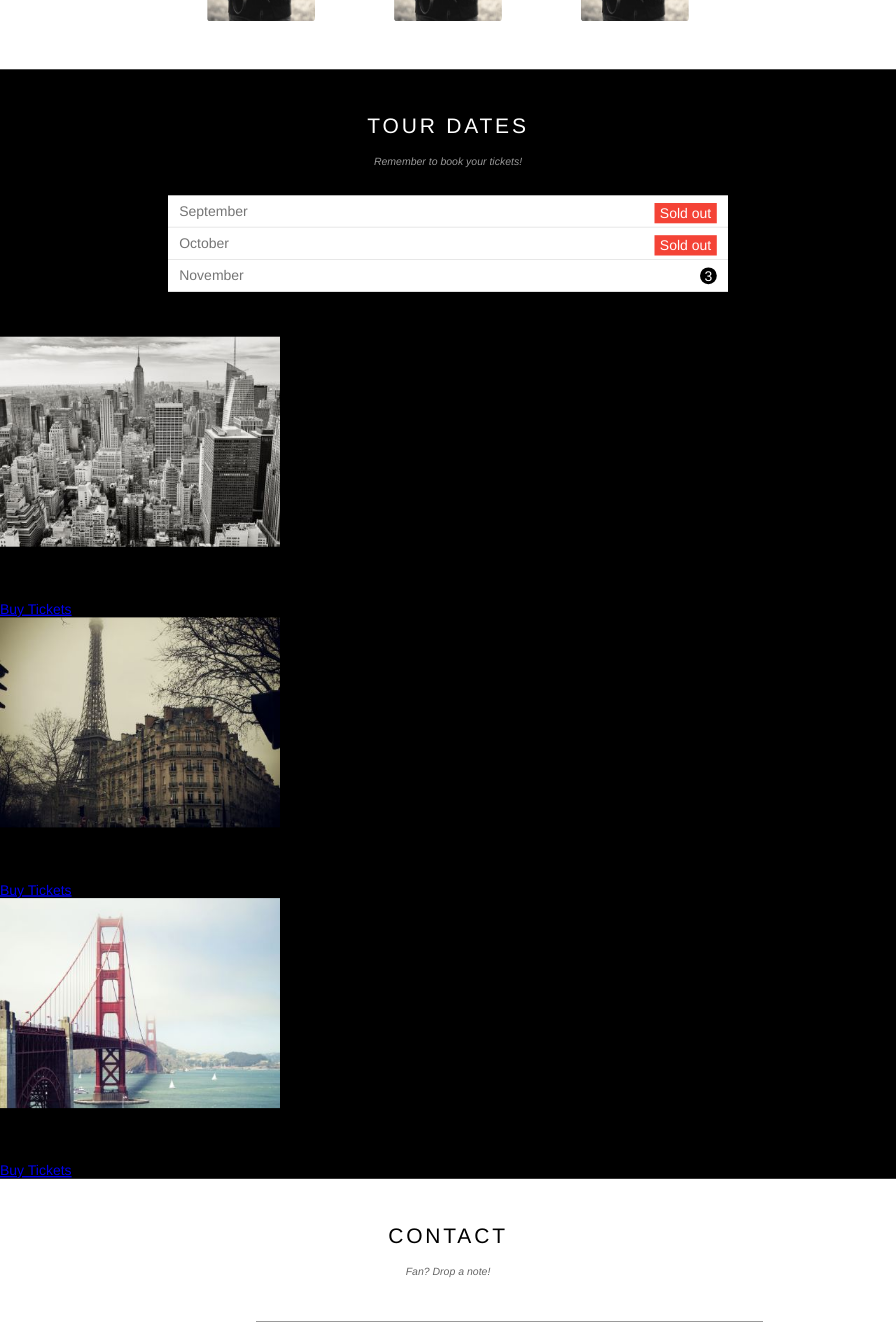
Repository: nugort/nugort.github.io
Page: f8/the-band/index.html
These files come from the project's save history. The page is drawn as it stood at one moment and after the next save; the edit follows.
The browser window is 1280 px wide. The pictures show the part of the page from y = 1190 to 3110 px (the page is 3078 px tall before and 3110 px after), at 70% of full size.
Some web libraries are served in a nearby version.

Above is the page before, as saved 2022-02-08 05:14:33.

After the next save:
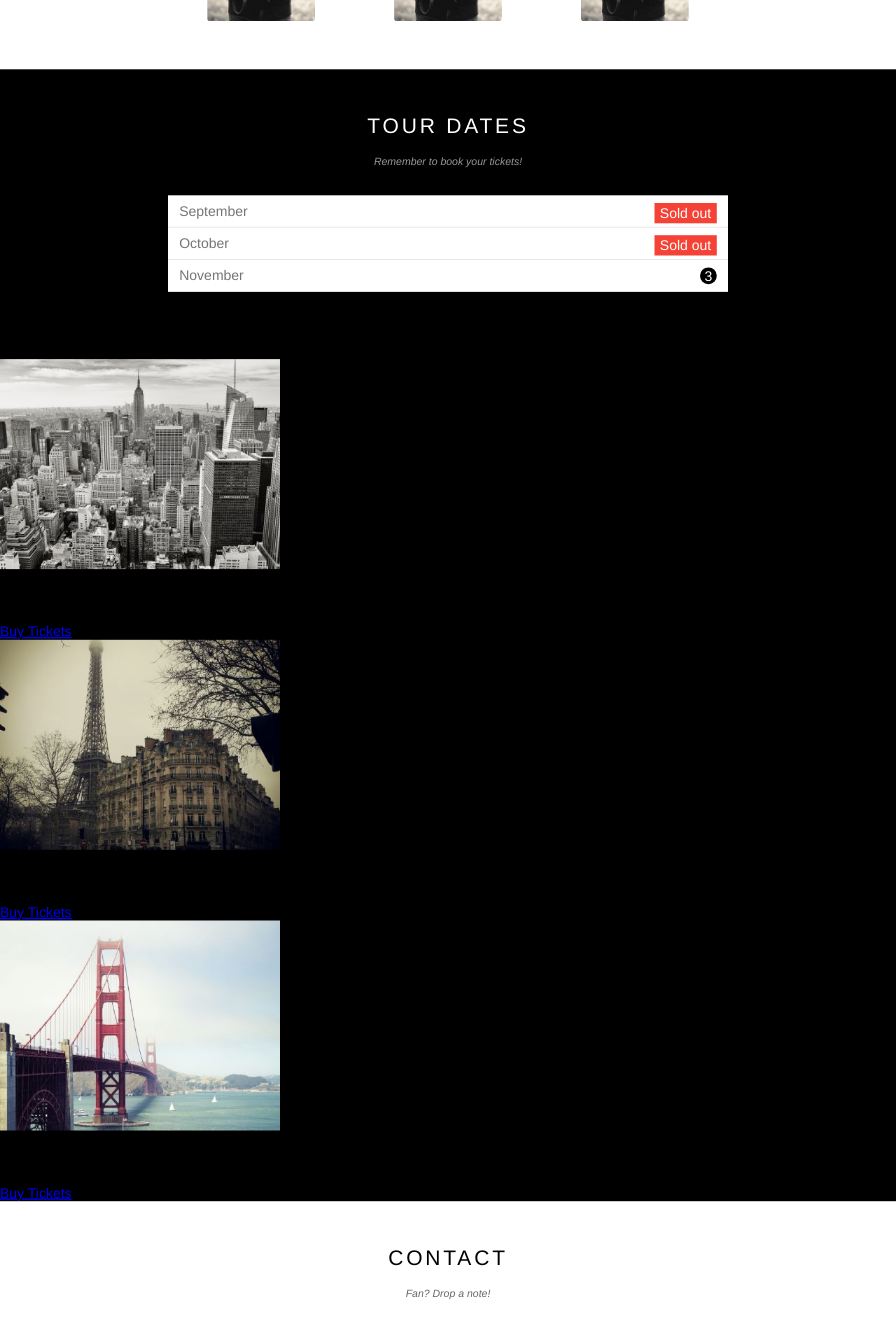
Saved 6 min 18 s later.
--- a/f8/the-band/assets/css/styles.css
+++ b/f8/the-band/assets/css/styles.css
@@ -312,6 +312,31 @@
     line-height: 24px;
 }
 
+.tour-places {
+    margin-top: 32px;
+}
+.place {
+
+}
+.place-img {
+
+}
+.place-body {
+
+}
+.place-body-title {
+
+}
+.place-time {
+
+}
+.place-content {
+
+}
+.place-buy-tickets {
+
+}
+
 #footer {
 
 }
